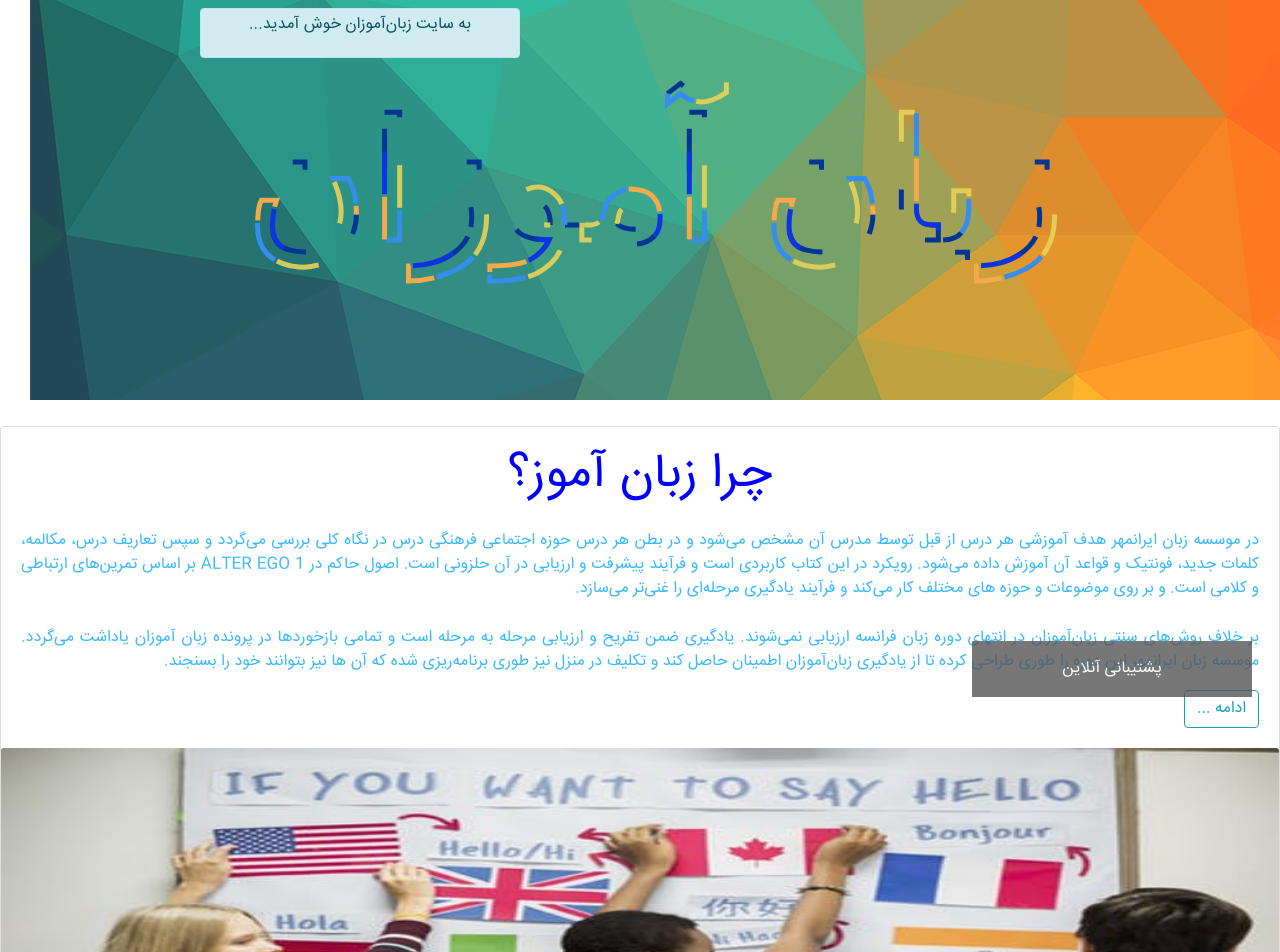
Repository: nikmahla/ZabanAmozan
Page: LanguageWebSite.html
These files come from the project's save history. The page is drawn as it stood at one moment and after the next save; the edit follows.
The browser window is 1280 px wide. The pictures show the part of the page from y = 0 to 952 px (the page is 3961 px tall).
A picture or video elsewhere on the page could not be fetched, so the positions and the page height are approximate.

Above is the page before, as saved 2019-10-11 22:02:27.

After the next save:
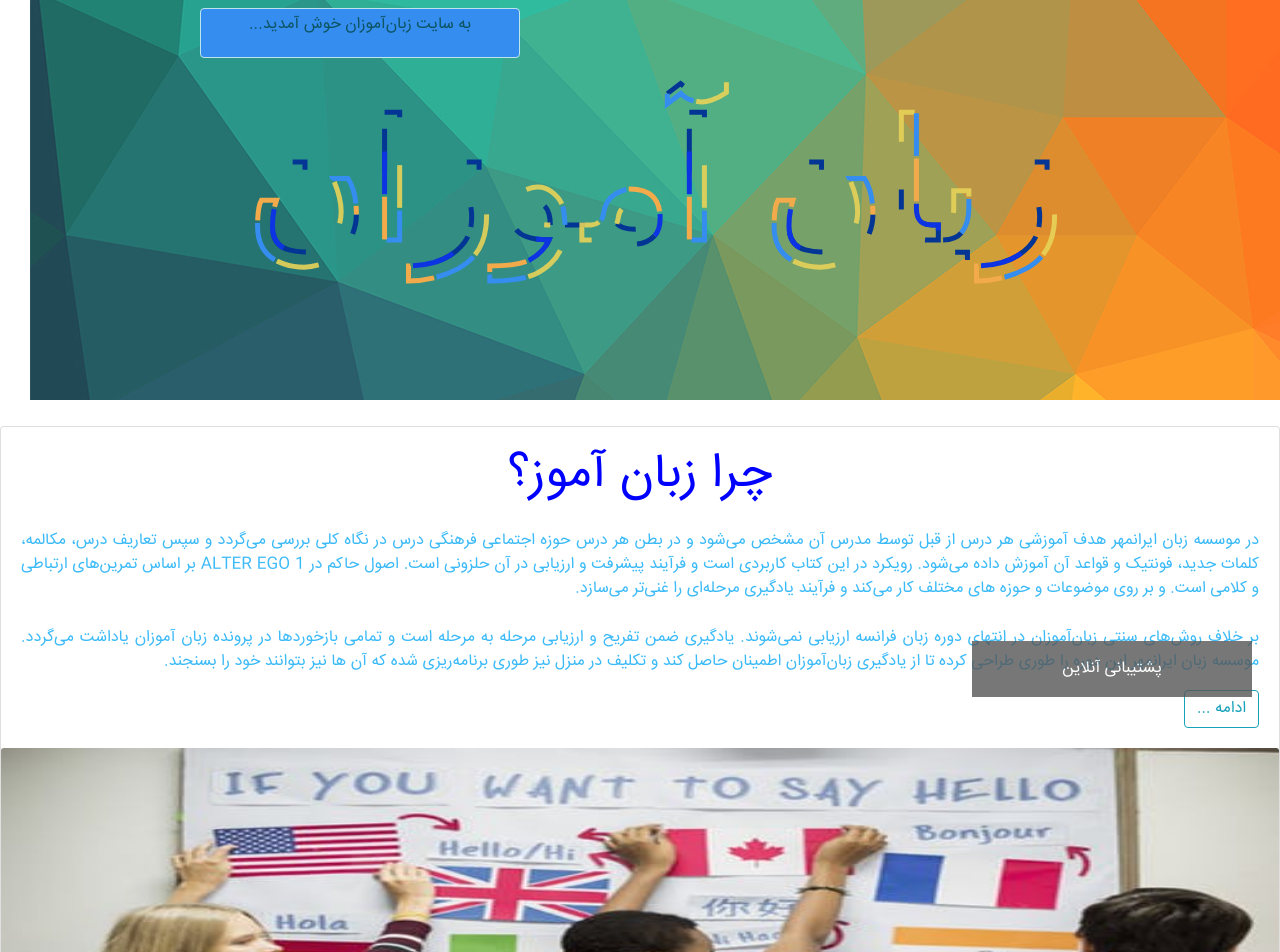
Saved 18 s later.
--- a/css/stylesheet.css
+++ b/css/stylesheet.css
@@ -268,5 +268,5 @@ footer a:hover {
     left: 12rem;
     width: 25%;
     display: none;
-    background-color:
-}
+    background-color:rgb(54, 141, 240);
+}
